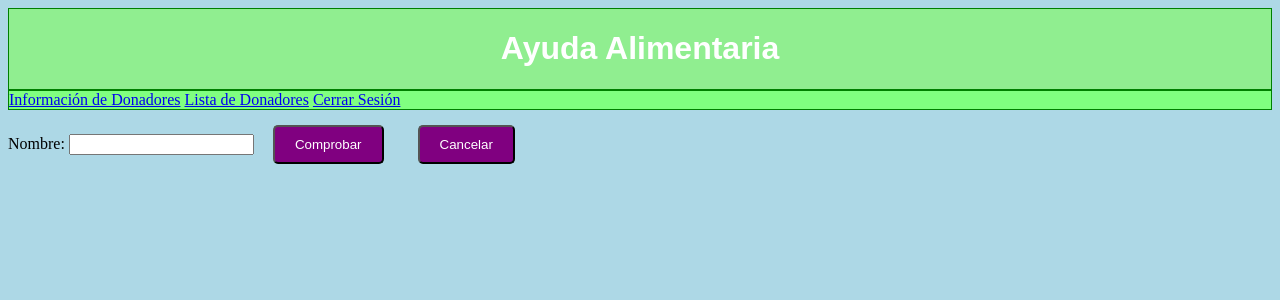
Repository: sonicspeed1/examen1_codigo_bryansantillan
Page: http://localhost/examen_1_bryan_santillan/informacion_donadores.jsp
These files come from the project's save history. The page is drawn as it stood at one moment and after the next save; the edit follows.
The browser window is 1280 px wide. The pictures show the whole page.
The page is served by Tomcat 9. Queries for data that is not in the repository find no rows.

Above is the page before, as saved 2024-05-26 20:19:06.

After the next save:
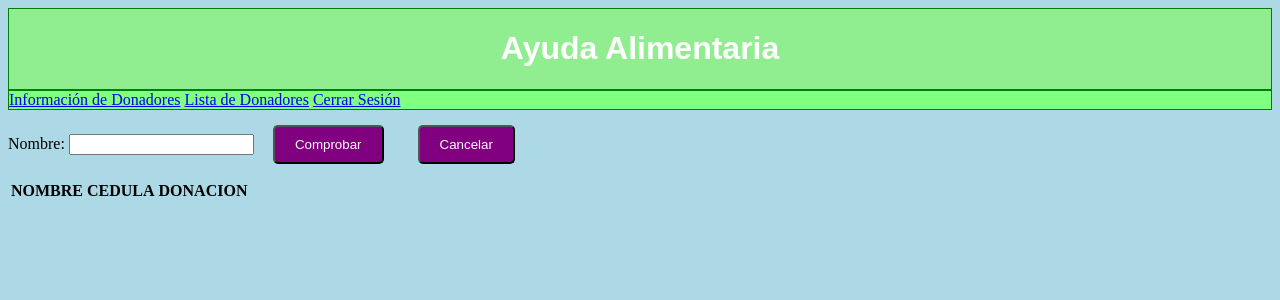
Saved 2 min 8 s later.
--- a/examen_1_bryan_santillan/src/main/webapp/informacion_donadores.jsp
+++ b/examen_1_bryan_santillan/src/main/webapp/informacion_donadores.jsp
@@ -22,6 +22,11 @@
 <label>Nombre: <input type="text" name="nom"></label>
 <input type="submit" class="button" value="Comprobar">
 <input type="reset" class="button" value="Cancelar">
+<%
+usuario us=new usuario();
+String nombre=request.getParameter("nom");
+out.print(us.info_donacion(nombre));
+%>
 </form>
 
 </body>

After the save that followed:
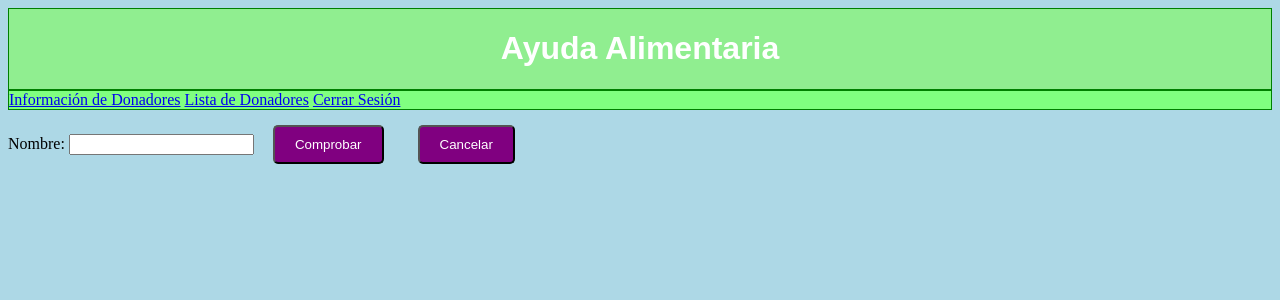
Saved 56 s later.
--- a/examen_1_bryan_santillan/src/main/webapp/informacion_donadores.jsp
+++ b/examen_1_bryan_santillan/src/main/webapp/informacion_donadores.jsp
@@ -22,12 +22,17 @@
 <label>Nombre: <input type="text" name="nom"></label>
 <input type="submit" class="button" value="Comprobar">
 <input type="reset" class="button" value="Cancelar">
+</form>
+
 <%
-usuario us=new usuario();
-String nombre=request.getParameter("nom");
-out.print(us.info_donacion(nombre));
+    usuario us = new usuario();
+    String nombre = request.getParameter("nom");
+    if (nombre != null && !nombre.isEmpty()) {
+        out.print("<div>" + us.info_donacion(nombre) + "</div>");
+    }
 %>
-</form>
 
 </body>
 </html>
+</body>
+</html>
